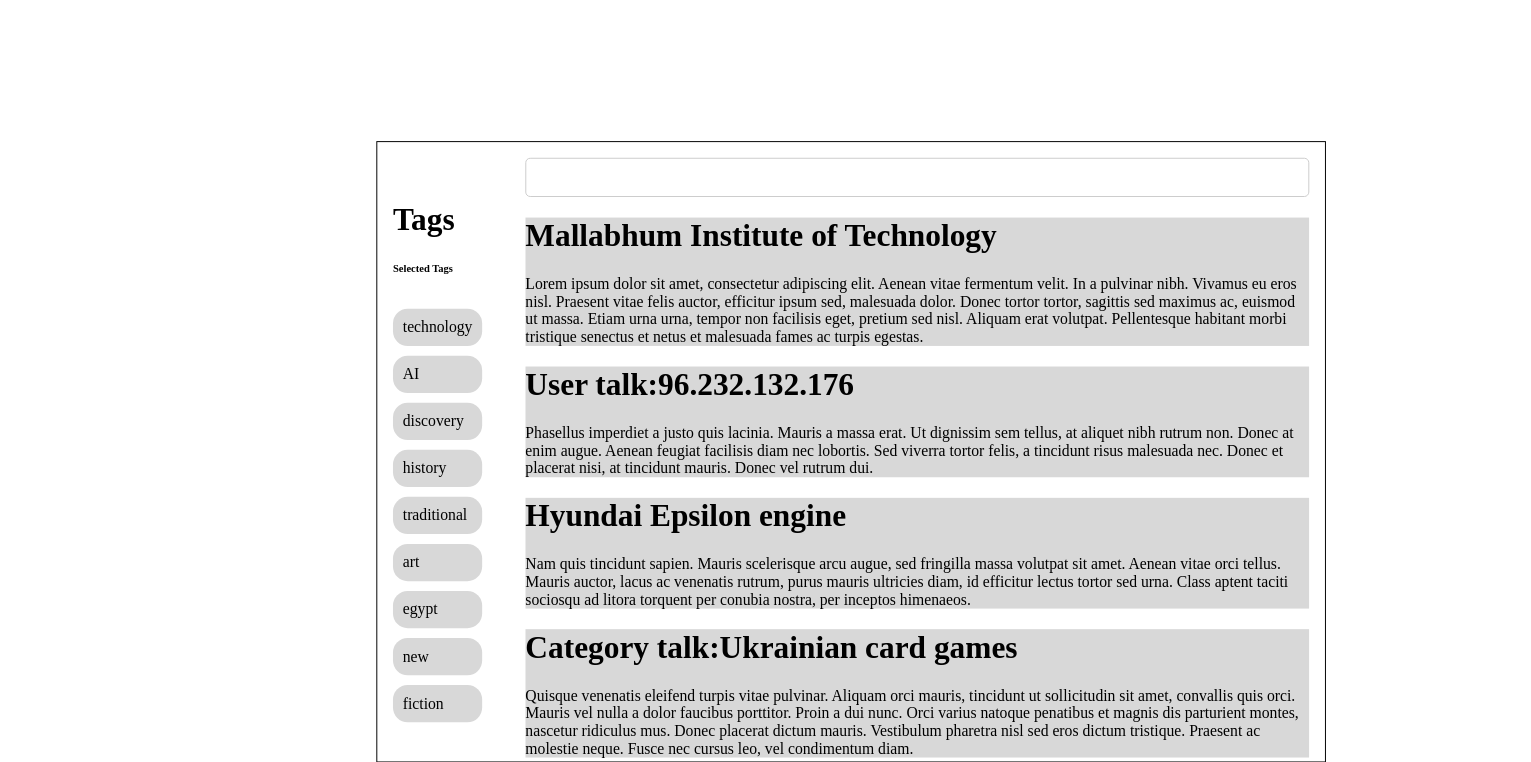
Repository: KelaiAffaf/bridger
Page: /
The author's editor kept a copy of each file at every save. The page is drawn from the files as they stood at one save, then again after a run of saves.
The browser window is 1280 px wide. The page is 1353 px wide, then 1562 px, then 1353 px, so the pictures cover 1562 px, including what lies to the right of the window. The pictures show the whole page, at 98% of full size.
The project was rebuilt for these pictures with package versions that can differ from the ones it lists, and the page was loaded fresh each time. Also part of the build but not shown: vite.config.js.

Above is the page before, as saved 2023-06-08 11:44:44.

After the next 6 saves:
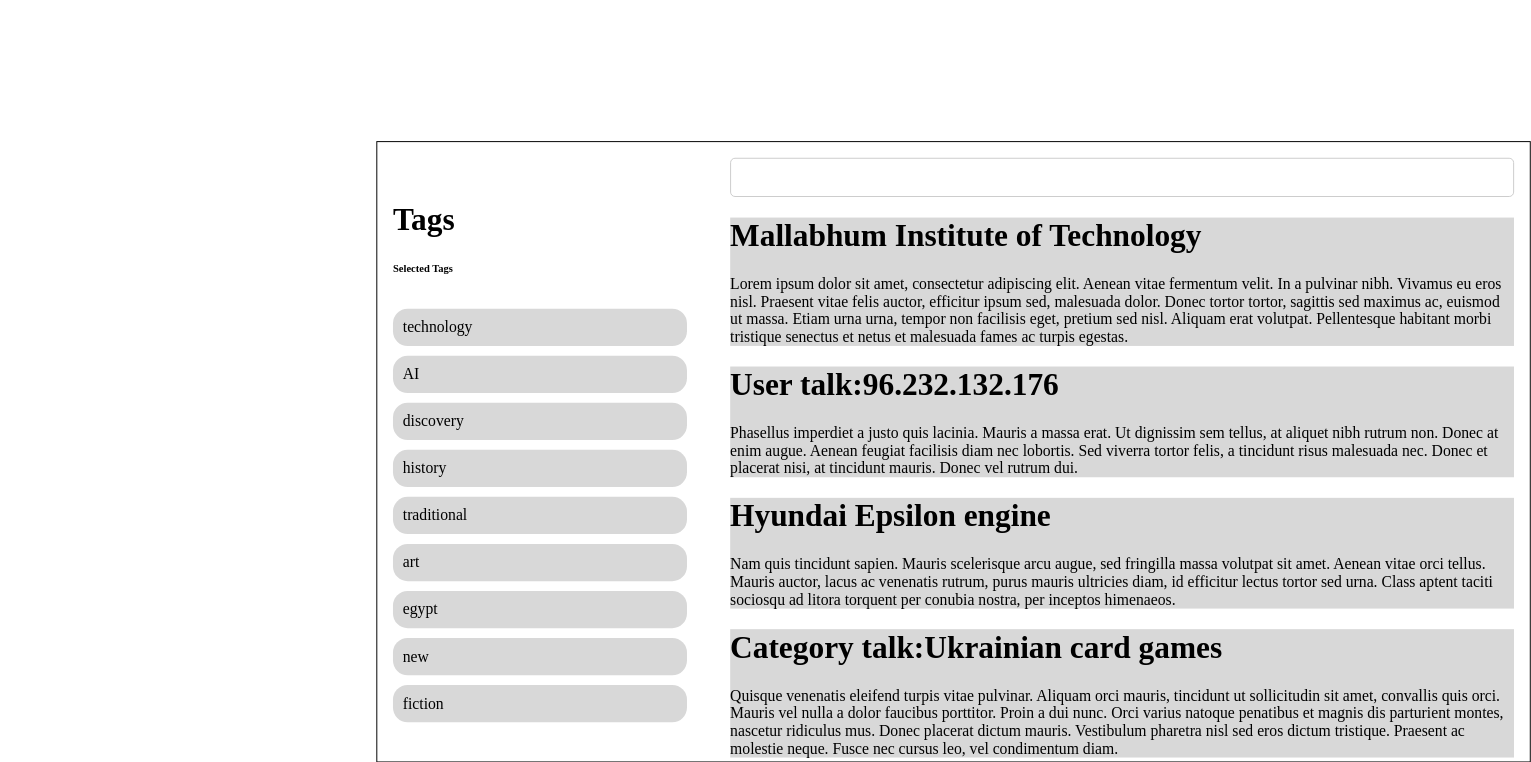
The 6 saves are shown as one change because they came seconds apart.
The last was saved 45 s later.
--- a/src/App.jsx
+++ b/src/App.jsx
@@ -50,7 +50,9 @@
         padding: "16px"
       }}
     >
-      <div>
+      <div
+      style={{ width: "300px" }}
+      >
         <h1>Tags</h1>
         <h6>Selected Tags</h6>
         <div style={{ display: 'flex', gap: 10, marginBottom: '10px' }}>

After the save that followed:
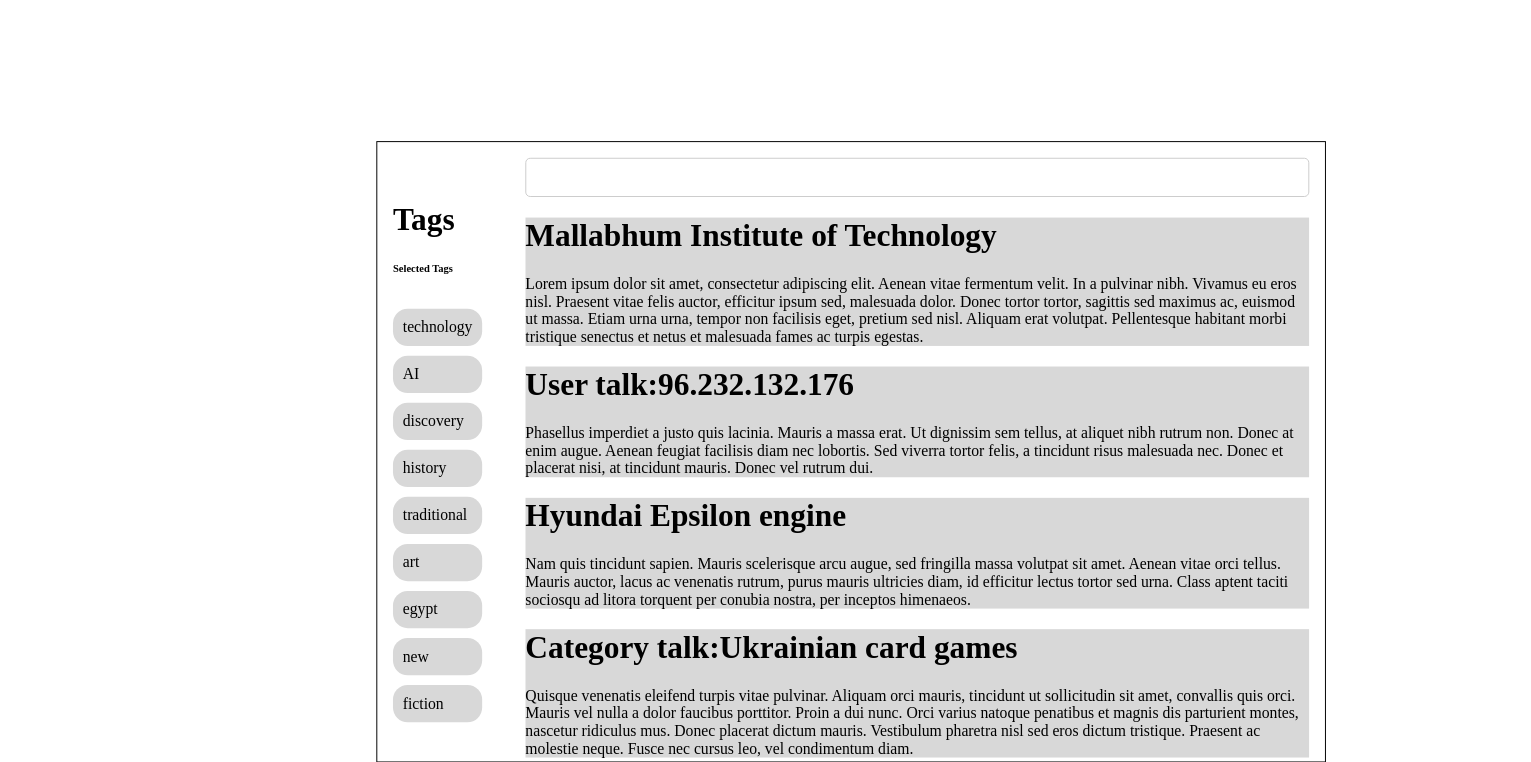
Saved 19 s later.
--- a/src/App.jsx
+++ b/src/App.jsx
@@ -51,7 +51,7 @@
       }}
     >
       <div
-      style={{ width: "300px" }}
+
       >
         <h1>Tags</h1>
         <h6>Selected Tags</h6>
